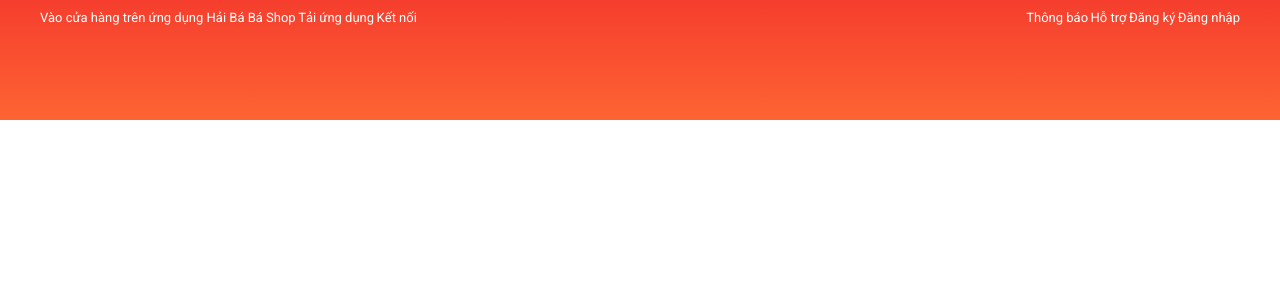
Repository: 0385246651/Shoppee-UI
Page: index.html
The author's editor kept a copy of each file at every save. The page is drawn from the files as they stood at one save, then again after the next save.
The browser window is 1280 px wide. The pictures show the whole page.

Above is the page before, as saved 2022-11-03 17:35:11.

After the next save:
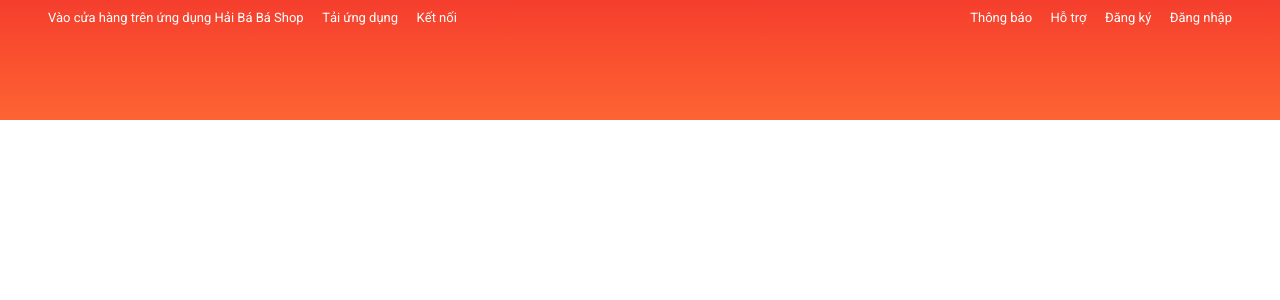
Saved 24 s later.
--- a/assets/css/main.css
+++ b/assets/css/main.css
@@ -13,6 +13,10 @@
     padding-left: 0;
 }
 
+.header__navbar-item {
+    margin: 0 8px;
+}
+
 .header__navbar-item,
 .header__navbar-item-link {
     display: inline-block;
